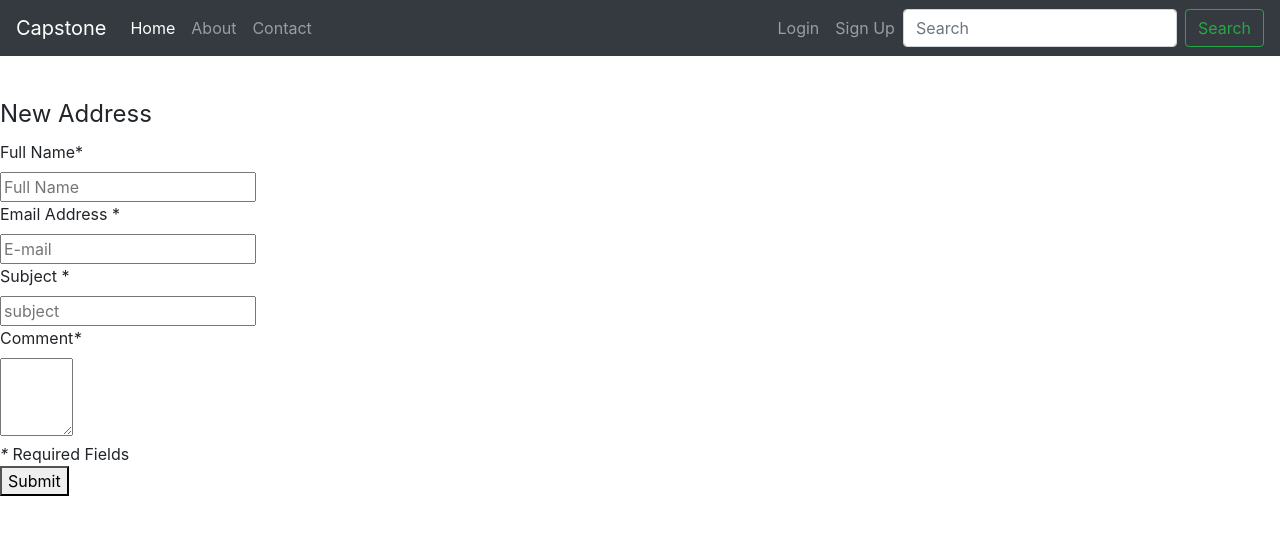
Repository: lionelmwaura/Capstone
Page: http://localhost/ecom/WEB-INF/views/contact.jsp
These files come from the project's save history. The page is drawn as it stood at one moment and after the next save; the edit follows.
The browser window is 1280 px wide. The pictures show the whole page.
The page is served by Tomcat 9. Nobody is signed in. Other server files are loaded and not shown. The template is opened directly, without the code that normally fills it, so the values that code supplies are empty.

Above is the page before, as saved 2020-09-29 22:30:19.

### ecom/src/main/webapp/WEB-INF/views/contact.jsp
<%@ page language="java" contentType="text/html; charset=ISO-8859-1"
    pageEncoding="ISO-8859-1"%>
<!DOCTYPE html>
<html>
<head>
<meta charset="ISO-8859-1">
<title>Insert title here</title>
<link rel="stylesheet" href="https://maxcdn.bootstrapcdn.com/bootstrap/4.5.2/css/bootstrap.min.css">
  <script src="https://ajax.googleapis.com/ajax/libs/jquery/3.5.1/jquery.min.js"></script>
  <script src="https://cdnjs.cloudflare.com/ajax/libs/popper.js/1.16.0/umd/popper.min.js"></script>
  <script src="https://maxcdn.bootstrapcdn.com/bootstrap/4.5.2/js/bootstrap.min.js"></script>
</head>
<body>
<jsp:include page="components/header.jsp"></jsp:include>
<br>
<br>
<br>
<br>
<form action="sendemail" method="post" role="form">

                  <fieldset>
                    <legend>New Address</legend>

                          <div class="">
                            <label for="name"> Full Name<span class="required">*</span></label>
                            <br>
                            <input type="text" id="name" name="name" placeholder="Full Name" title="Full Name" class="input-text" required>

                          <div class="input-box">
                            <label for="email"> Email Address <span class="required">*</span> </label>
                            <br>
                            <input type="text" id="email" name="email" placeholder="E-mail"  title="E-mail" class="input-text" required>
                          </div>
                          <div class="input-box ">
                            <label for="subject"> Subject <span class="required">*</span> </label>
                            <br>
                            <input type="text" name="subject" placeholder="subject" title="Subject" class="input-text">
                          </div>
                        </div>

                        <label for="comment">Comment<em class="required">*</em></label>
                        <br>
                        <div >
                          <textarea name="message" id="message" title="message" class="input-text" cols="5" rows="3"></textarea>
                        </div>

                  </fieldset>

                <span class="require"><em class="required">* </em>Required Fields</span>
                <div class="buttons-set">
                  <button type="submit" title="Submit" class="button submit"> <span> Submit </span> </button>
                </div>

</form>
</body>
</html>

### ecom/src/main/webapp/WEB-INF/views/components/header.jsp
<%@ page language="java" contentType="text/html; charset=ISO-8859-1"
    pageEncoding="ISO-8859-1"%>
<%@ taglib prefix="spring" uri="http://www.springframework.org/tags"%>
<%@ taglib prefix="c" uri="http://java.sun.com/jsp/jstl/core"%>
<%@ taglib prefix="form" uri="http://www.springframework.org/tags/form"%>

<!DOCTYPE html>
<html>
<head>
<meta charset="ISO-8859-1">
<title>Header</title>
</head>
<body>
<nav class="navbar navbar-expand-md navbar-dark fixed-top bg-dark">
    <a class="navbar-brand" href="#">Capstone</a>
    <button class="navbar-toggler" type="button" data-toggle="collapse" data-target="#navbarCollapse" aria-controls="navbarCollapse" aria-expanded="false" aria-label="Toggle navigation">
      <span class="navbar-toggler-icon"></span>
    </button>
    <div class="collapse navbar-collapse" id="navbarCollapse">
      <ul class="navbar-nav mr-auto">
        <li class="nav-item active">
          <a class="nav-link" href="home">Home</a>
        </li>
        <li class="nav-item">
          <a class="nav-link" href="about">About</a>
        </li>
        <li class="nav-item">
          <a class="nav-link" href="contact">Contact</a>
        </li>
      </ul>
      <ul class="navbar-nav ">
      	<c:choose>
      	<c:when test="${empty loggedInuser}">
      		<li class="nav-item">
          		<a class="nav-link" href="login">Login</a>
       		</li>
        	<li class="nav-item">
          		<a class="nav-link" href="signup">Sign Up</a>
        	</li>
      	</c:when>
      	<c:otherwise>
      	<c:if test="${role eq 'ADMIN' || role eq 'DBA'}">
      		<li class="nav-item">
          		<a class="nav-link" href="admin">Admin</a>
        	</li>
      	</c:if>
      		<li class="nav-item">
          		<a class="nav-link" href="profile">My Profile</a>
        	</li>
      		<li class="nav-item">
          		<a class="nav-link" href="logout">Logout</a>
        	</li>
      	</c:otherwise>
      	</c:choose>
       <form class="form-inline mt-2 mt-md-0">
        	<input class="form-control mr-sm-2" type="text" placeholder="Search" aria-label="Search">
        	<button class="btn btn-outline-success my-2 my-sm-0" type="submit">Search</button>
      	</form>
      </ul>
    </div>
  </nav>
</body>
</html>

After the next save:
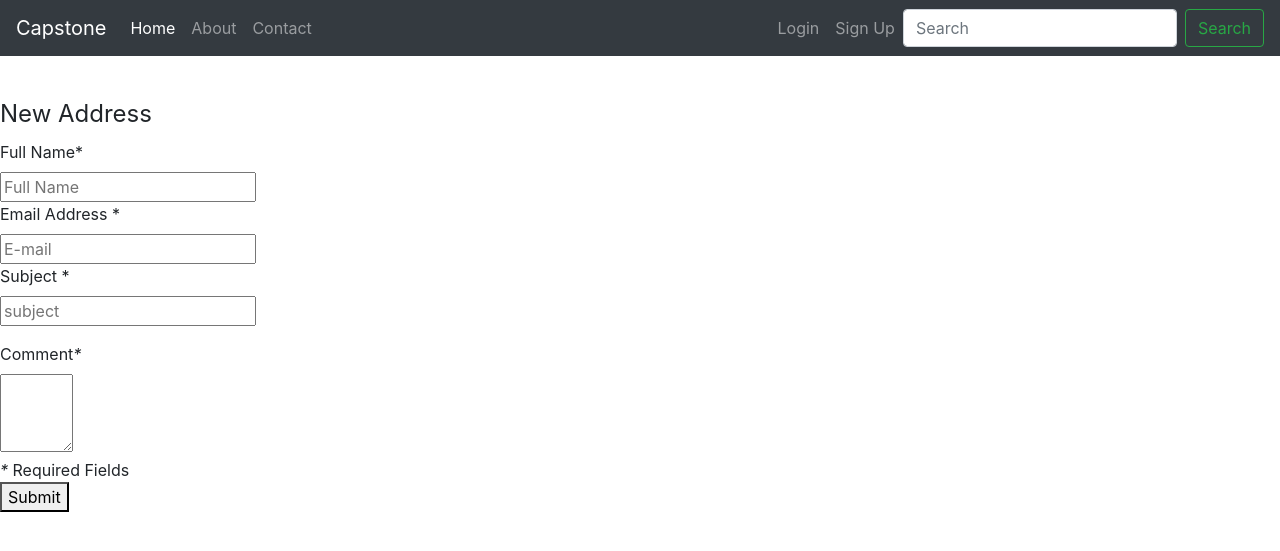
Saved 5 min 25 s later.
--- a/ecom/src/main/webapp/WEB-INF/views/contact.jsp
+++ b/ecom/src/main/webapp/WEB-INF/views/contact.jsp
@@ -21,7 +21,7 @@
                   <fieldset>
                     <legend>New Address</legend>
 
-                          <div class="">
+                          <div class="form-group">
                             <label for="name"> Full Name<span class="required">*</span></label>
                             <br>
                             <input type="text" id="name" name="name" placeholder="Full Name" title="Full Name" class="input-text" required>
